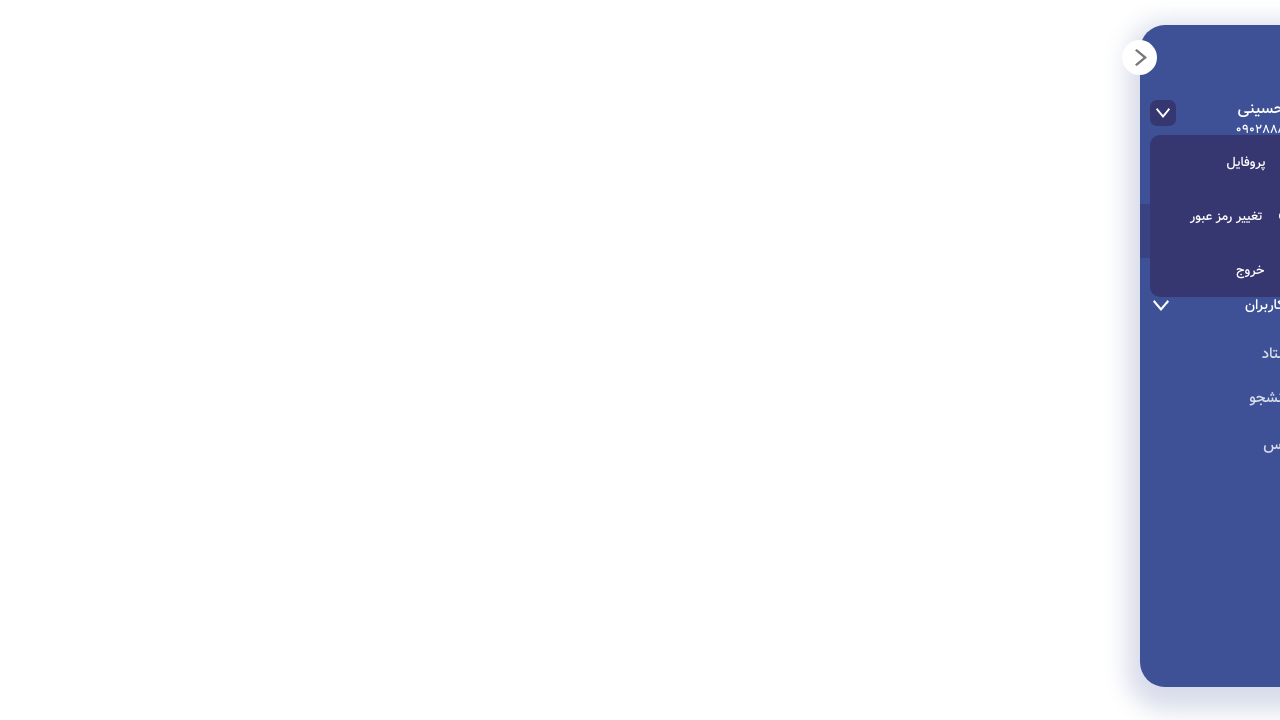
Repository: kosar78/quiz-online
Page: manager-panel-dashbord.html
These files come from the project's save history. The page is drawn as it stood at one moment and after the next save; the edit follows.
The browser window is 1280 px wide. The pictures show the whole page.

Above is the page before, as saved 2021-11-09 01:15:06.

After the next save:
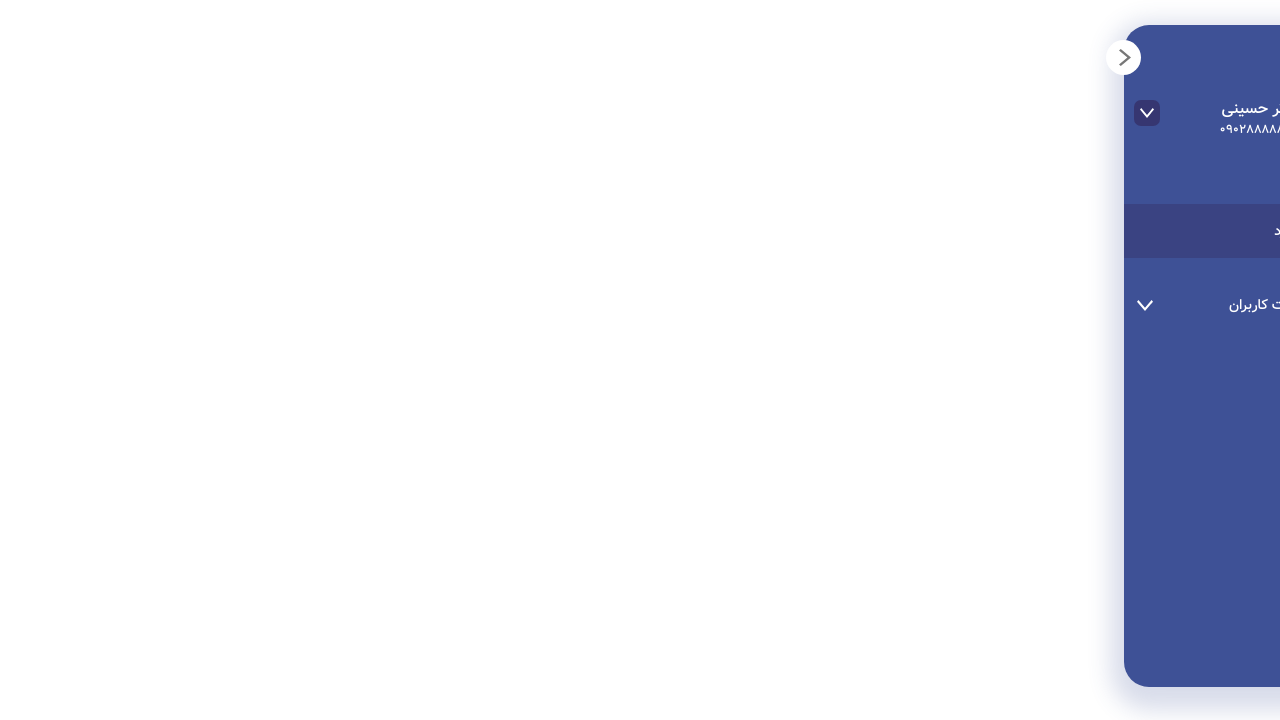
Saved 18 s later.
--- a/css/manager-panel.css
+++ b/css/manager-panel.css
@@ -174,3 +174,6 @@ ul li{
     position: absolute;
     left: 43px;
 }
+.hide{
+    display: none;
+}
